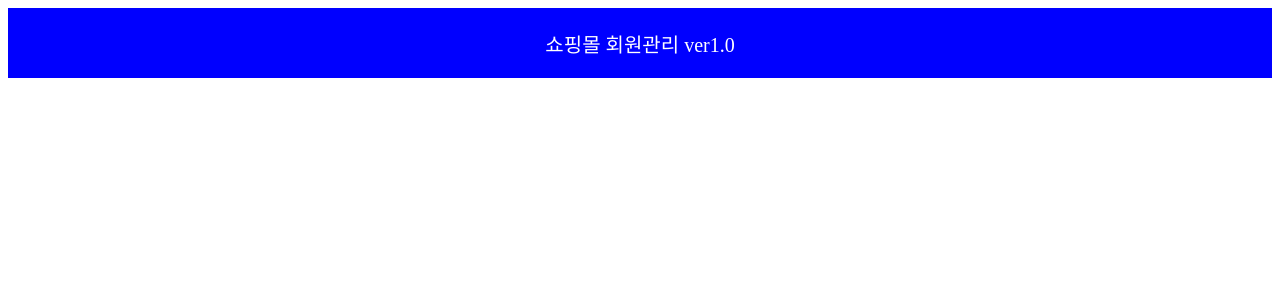
Repository: choigobin/Programming
Page: http://localhost/HRD_1119/
The author's editor kept a copy of each file at every save. The page is drawn from the files as they stood at one save, then again after the next save.
The browser window is 1280 px wide. The pictures show the whole page.
The page is served by Tomcat 9.

Above is the page before, as saved 2019-11-19 06:42:21.

After the next save:
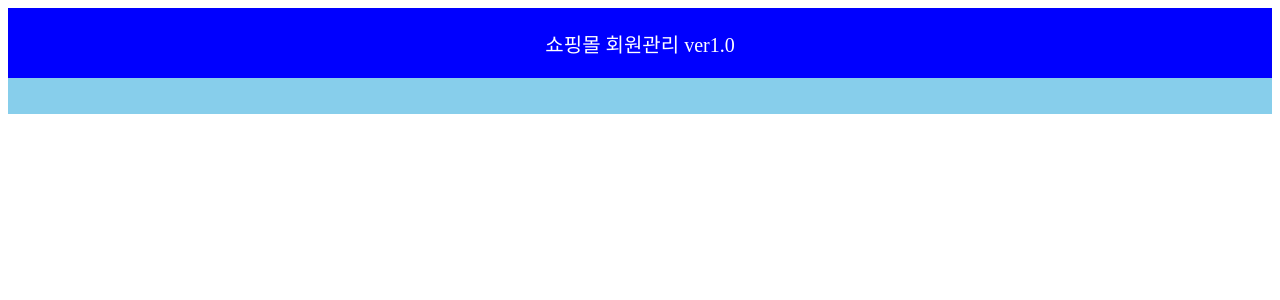
Saved 89 s later.
--- a/YangJung/workspace/HRD_1119/WebContent/index.jsp
+++ b/YangJung/workspace/HRD_1119/WebContent/index.jsp
@@ -30,7 +30,7 @@ tr,td,th{
 	</td>
 </tr>
 <tr id="t1" height="5%"><%-- nav --%>
-	<td id="t1">
+	<td id="t1" bgcolor="skyblue" align="center">
 
 	</td>
 </tr>
